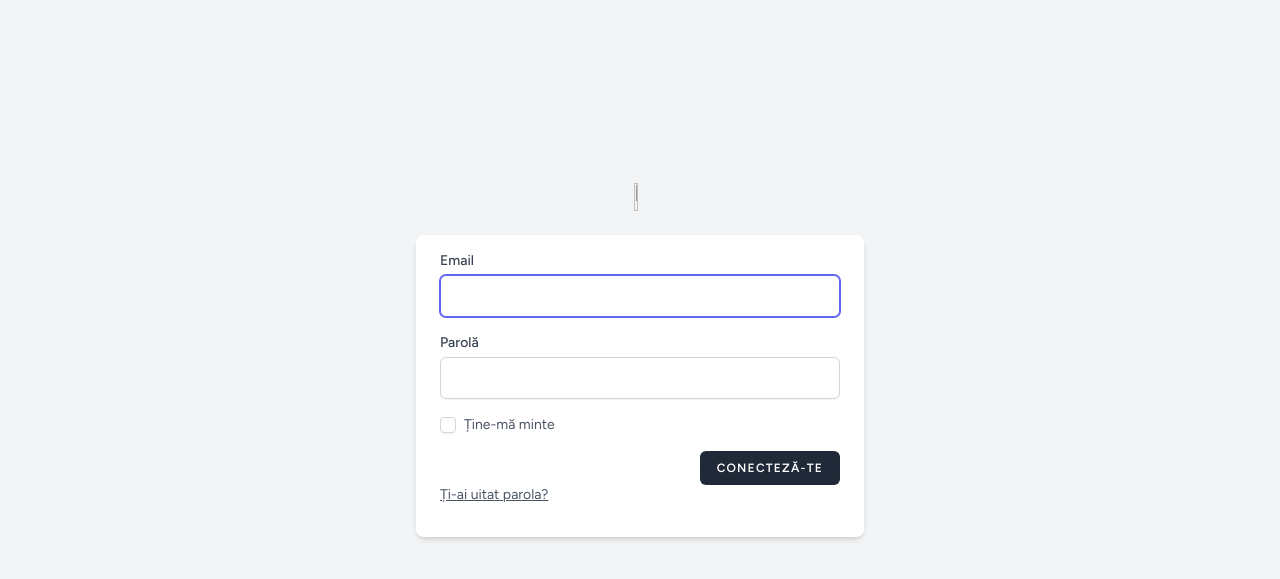
Repository: cosmin05072018/fantastic-events-manager
Page: http://localhost/login
These files come from the project's save history. The page is drawn as it stood at one moment and after the next save; the edit follows.
The browser window is 1280 px wide. The pictures show the whole page.
The page is served by the project's Laravel application, run on PHP 8.4 with Laravel 10. Style sheets and scripts are compiled from the project's sources, by tool versions that may differ from the author's.

Above is the page before, as saved 2024-11-03 17:55:18.

After the next save:
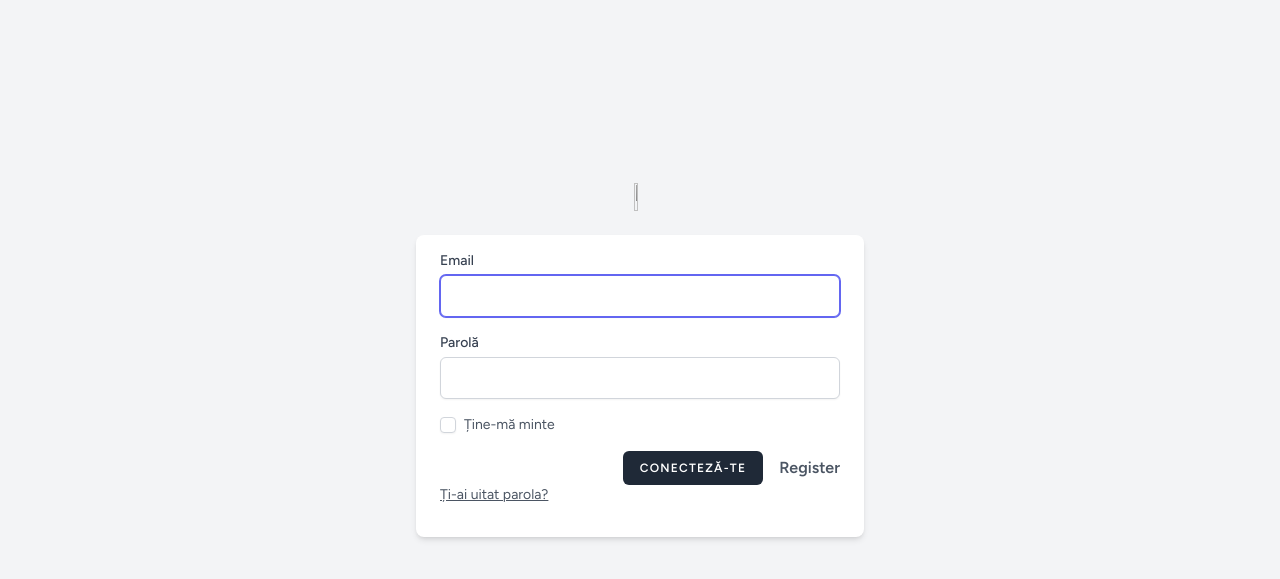
Saved 43 s later.
--- a/resources/views/auth/login.blade.php
+++ b/resources/views/auth/login.blade.php
@@ -46,7 +46,10 @@
             <x-primary-button class="ms-3">
                 {{ __('Conecteză-te') }}
             </x-primary-button>
-
+            @if (Route::has('register'))
+                        <a href="{{ route('register') }}"
+                            class="ml-4 font-semibold text-gray-600 hover:text-gray-900 dark:text-gray-400 dark:hover:text-white focus:outline focus:outline-2 focus:rounded-sm focus:outline-red-500">Register</a>
+                    @endif
         </div>
         @if (Route::has('password.request'))
                 <a class="underline text-sm text-gray-600 dark:text-gray-400 hover:text-gray-900 dark:hover:text-gray-100 rounded-md focus:outline-none focus:ring-2 focus:ring-offset-2 focus:ring-indigo-500 dark:focus:ring-offset-gray-800"
